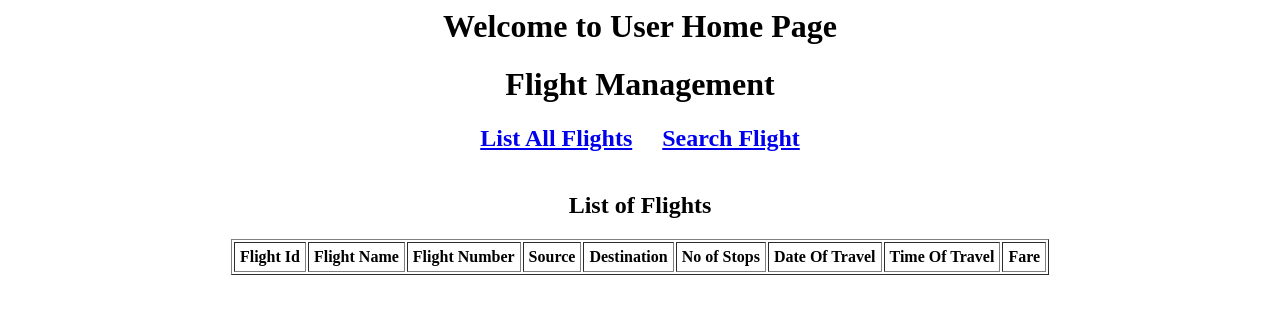
Repository: pawankas/Java_Mini_Project
Page: http://localhost/AirReservation/userHome.jsp
The author's editor kept a copy of each file at every save. The page is drawn from the files as they stood at one save, then again after the next save.
The browser window is 1280 px wide. The pictures show the whole page.
The page is served by Tomcat 9. Other server files are loaded and not shown. The template is opened directly, without the code that normally fills it, so the values that code supplies are empty.

Above is the page before, as saved 2022-03-17 09:24:24.

### Mini_Project_Java/AirReservation/WebContent/userHome.jsp
<%@ page language="java" contentType="text/html; charset=UTF-8"
    pageEncoding="UTF-8"%>
<%@ taglib uri="http://java.sun.com/jsp/jstl/core" prefix="c" %>
<html>
<head>
    <title>Flight Reservation System</title>
</head>
<body>
    <center>
        <h1>Welcome to User Home Page</h1>

    </center>
        <center>
        <h1>Flight Management</h1>
        <h2>

            <a href="list">List All Flights</a>
             &nbsp;&nbsp;&nbsp;
            <a href="searchByName.jsp">Search Flight</a>

        </h2>
    </center>
    <div align="center">
        <table border="1" cellpadding="5">
            <caption><h2>List of Flights</h2></caption>
            <tr>
                <th>Flight Id</th>
                <th>Flight Name</th>
                <th>Flight Number</th>
                <th>Source</th>
                <th>Destination</th>
                <th>No of Stops</th>
                <th>Date Of Travel</th>
                <th>Time Of Travel</th>
                <th>Fare</th>
            </tr>
          <c:forEach var="flight" items="${flightList}">

                                <tr>
                                    <td>
                                        <c:out value="${flight.flightId}" />
                                    </td>
                                    <td>
                                        <c:out value="${flight.flightName}" />
                                    </td>
                                    <td>
                                        <c:out value="${flight.flightNumber}" />
                                    </td>
                                    <td>
                                        <c:out value="${flight.source}" />
                                    </td>
                                    <td>
                                        <c:out value="${flight.destination}" />
                                    </td>
                                    <td>
                                        <c:out value="${flight.noOfStops}" />
                                    </td>
                                    <td>
                                        <c:out value="${flight.date}" />
                                    </td>
                                    <td>
                                        <c:out value="${flight.time}" />
                                    </td>
                                    <td>
                                        <c:out value="${flight.price}" />
                                    </td>

                                </tr>
                            </c:forEach>

        </table>
    </div>

</body>
</html>

After the next save:
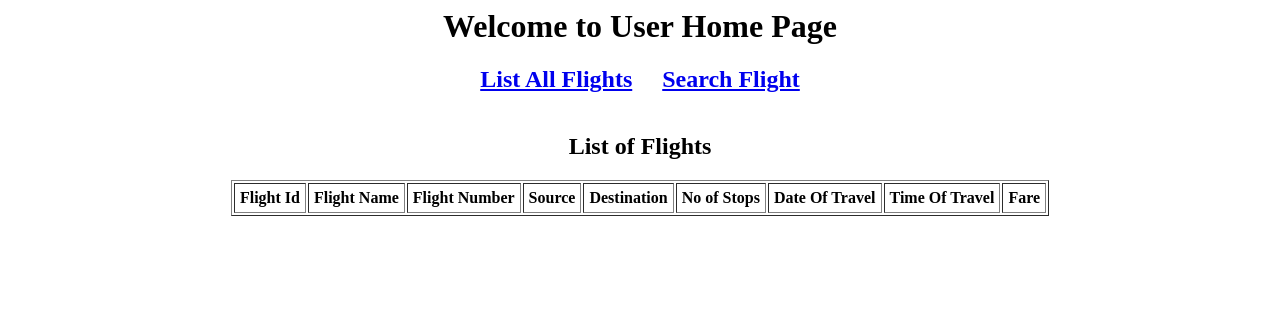
Saved 44 s later.
--- a/Mini_Project_Java/AirReservation/WebContent/userHome.jsp
+++ b/Mini_Project_Java/AirReservation/WebContent/userHome.jsp
@@ -11,7 +11,7 @@
 
     </center>
         <center>
-        <h1>Flight Management</h1>
+
         <h2>
 
             <a href="list">List All Flights</a>
